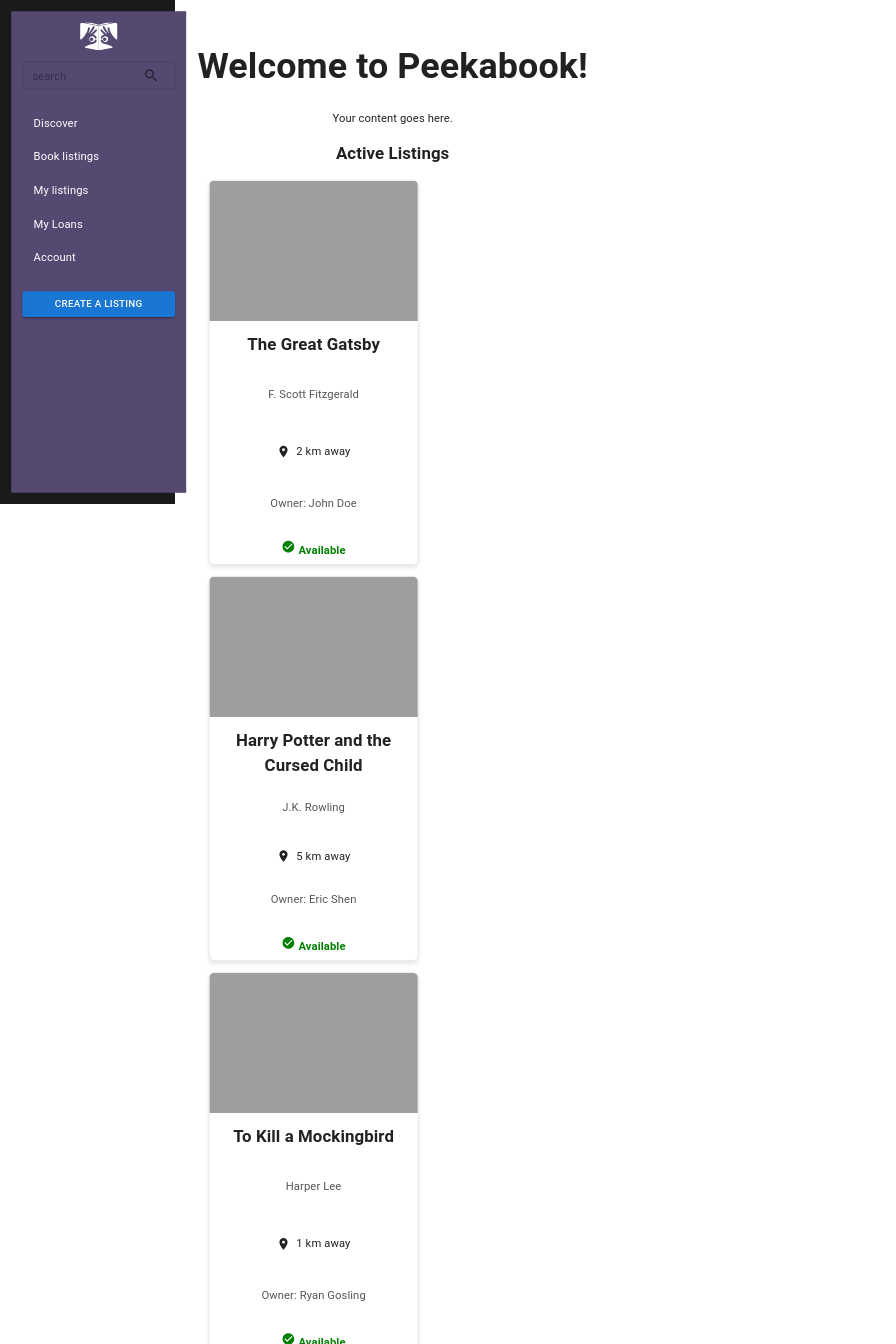
Repository: Aladdin3r/peekabook
Page: /
The author's editor kept a copy of each file at every save. The page is drawn from the files as they stood at one save, then again after the next save.
The browser window is 1280 px wide. The pictures show the part of the page from y = 0 to 1920 px (the page is 3071 px tall), at 70% of full size.
Pictures or frames that could not be fetched are drawn as grey boxes. The project was rebuilt for these pictures with package versions that can differ from the ones it lists, and the page was loaded fresh each time. Also part of the build but not shown: vite.config.js.

Above is the page before, as saved 2024-10-22 22:13:10.

### index.html
<!doctype html>
<html lang="en">
  <head>
    <meta charset="UTF-8" />
    <link rel="icon" type="image/svg+xml" href="/logo-pink.png" />
    <meta name="viewport" content="width=device-width, initial-scale=1.0" />
    <title>Peekabook</title>
  </head>
  <body>
    <div id="root"></div>
    <script type="module" src="/src/main.jsx"></script>
  </body>
</html>

### src/App.jsx
import React from 'react';
import { CssBaseline, ThemeProvider, createTheme } from '@mui/material';
import Navbar from './components/navbar';
import './index.css';
import './App.css'
import BookCard from './components/bookCard';
import booksData from './booksData';


const theme = createTheme({
  // You can customize your theme here
});

const App = () => {
  return (
    <ThemeProvider theme={theme}>
      <CssBaseline />
      <div id="root">
        <div className="sidebar">
          <Navbar />
        </div>
        <div className="main-content">
          {/* Other main content goes here */}
          <h1>Welcome to Peekabook!</h1>
          <p>Your content goes here.</p>

          <h2>Active Listings</h2>

          <div className="book-listings">
            {booksData.map((book) => (
              <BookCard
                key={book.id}
                bookImage={book.bookImage}
                title={book.title}
                author={book.author}
                location={book.location}
                available={book.available}
                owner={book.owner}
              />
            ))}
          </div>
        </div>
      </div>
    </ThemeProvider>
  );
};

export default App;

### src/index.css
:root {
  font-family: Inter, system-ui, Avenir, Helvetica, Arial, sans-serif;
  line-height: 1.5;
  font-weight: 400;

  color-scheme: light dark;
  color: rgba(255, 255, 255, 0.87);
  background-color: #242424;

  font-synthesis: none;
  text-rendering: optimizeLegibility;
  -webkit-font-smoothing: antialiased;
  -moz-osx-font-smoothing: grayscale;
}

a {
  font-weight: 500;
  color: #646cff;
  text-decoration: inherit;
}
a:hover {
  color: #535bf2;
}

body {
  margin: 0;
  display: flex;
  min-width: 320px;
  min-height: 100vh;
}

h1 {
  font-size: 3.2em;
  line-height: 1.1;
}

button {
  border-radius: 8px;
  border: 1px solid transparent;
  padding: 0.6em 1.2em;
  font-size: 1em;
  font-weight: 500;
  font-family: inherit;
  background-color: #1a1a1a;
  cursor: pointer;
  transition: border-color 0.25s;
}
button:hover {
  border-color: #646cff;
}
button:focus,
button:focus-visible {
  outline: 4px auto -webkit-focus-ring-color;
}

@media (prefers-color-scheme: light) {
  :root {
    color: #213547;
    background-color: #ffffff;
  }
  a:hover {
    color: #747bff;
  }
  button {
    background-color: #f9f9f9;
  }
}

### src/components/navbar.jsx
// Navbar.js
import React from 'react';
import { Drawer, List, ListItem, ListItemText, TextField, IconButton, Button, Link } from '@mui/material';
import { Search, Menu } from '@mui/icons-material';
import { styled } from '@mui/system';

const Logo = styled('img')({
  height: '40px', // Adjust as needed
  marginBottom: '16px',
});

const Sidebar = styled('div')({
  width: 250,
  padding: '16px',
  display: 'flex',
  flexDirection: 'column',
  backgroundColor: '#554971',
  height: '100vh', // Make it full height
  color: 'white',
});

const SearchContainer = styled('form')({
  display: 'flex',
  alignItems: 'center',
  marginBottom: '16px',
});

const Navbar = () => {
  const navItems = ['Discover', 'Book listings', 'My listings', 'My Loans', 'Account'];

  return (
    <Sidebar>
      <Logo src="logo-white.svg" alt="Logo" />
      <SearchContainer>
        <TextField
          variant="outlined"
          placeholder="search"
          size="small"
          InputProps={{
            endAdornment: (
              <IconButton type="submit">
                <Search />
              </IconButton>
            ),
          }}
        />
      </SearchContainer>
      <List>
        {navItems.map((text) => (
          <ListItem button key={text}>
            <Link href="#" underline="none" sx={{ width: '100%', color: 'inherit' }}>
              <ListItemText primary={text} />
            </Link>
          </ListItem>
        ))}
      </List>
      <Link href="#" underline="none">
        <Button variant="contained" color="primary" sx={{ marginTop: '16px', width: '100%' }}>
          Create a listing
        </Button>
      </Link>
    </Sidebar>
  );
};

export default Navbar;

### src/App.css
#root {
  display: flex; /* Use flexbox for layout */
  max-width: 1280px;
  margin: 0;
  padding: 0;
  height: 100vh; /* Make sure the root takes full height */
}

.sidebar {
  width: 250px; /* Set a fixed width for the sidebar */
  background-color: #1a1a1a; /* Background color for the sidebar */
  padding: 1rem; /* Padding inside the sidebar */
  display: flex;
  flex-direction: column; /* Stack items vertically */
  color: white; /* Text color */
}

.main-content {
  flex-grow: 1; /* Allow the main content to fill the remaining space */
  padding: 2rem;
  text-align: center; /* Center the text */
}

.logo {
  height: 6em;
  padding: 1.5em;
  will-change: filter;
  transition: filter 300ms;
}
.logo:hover {
  filter: drop-shadow(0 0 2em #646cffaa);
}
.logo.react:hover {
  filter: drop-shadow(0 0 2em #61dafbaa);
}

@keyframes logo-spin {
  from {
    transform: rotate(0deg);
  }
  to {
    transform: rotate(360deg);
  }
}

@media (prefers-reduced-motion: no-preference) {
  a:nth-of-type(2) .logo {
    animation: logo-spin infinite 20s linear;
  }
}

.card {
  padding: 2em;
}

.read-the-docs {
  color: #888;
}

/* book card stuff */
.book-listing{
  display:flex;
  flex-wrap: wrap;
  justify-content: center;
}

.book-card {
  width: 300px; /* Fixed width */
  height: 550px; /* Fixed height */
  border: 1px solid #ddd;
  border-radius: 8px;
  margin: 1rem;
  overflow: hidden;
  display: flex;
  flex-direction: column;
  box-shadow: 0px 4px 6px rgba(0, 0, 0, 0.1);
}

.book-image {
  width: 100%;
  height: 200px;
  object-fit: cover; /* Ensures the image covers the area without distortion */
}

.book-details {
  padding: 16px;
  flex-grow: 1;
  display: flex;
  flex-direction: column;
  justify-content: space-between; /* Spreads items vertically */
}

.book-title {
  font-size: 1.5em;
  margin: 0;
}

.book-author {
  color: #555;
  margin: 0.5em 0;
}

.location {
  display: flex;
  align-items: center;
  justify-content: center; /* Center the location */
  margin-top: 1em;
}

.location span {
  margin-left: 0.5em; /* Space between icon and text */
}

.book-owner {
  color: #555;
  margin-top: 1em;
}

.availability {
  padding: 8px 16px;
  text-align: center; /* Center the availability text */
}

.available {
  color: green;
  font-weight: bold;
}

.unavailable {
  color: red;
  font-weight: bold;
}

### src/components/bookCard.jsx
// components/BookCard.jsx
import React from 'react';
import LocationOnIcon from '@mui/icons-material/LocationOn';
import CheckCircleIcon from '@mui/icons-material/CheckCircle';
import CancelIcon from '@mui/icons-material/Cancel';

const BookCard = ({ bookImage, title, author, location, available, owner }) => {
  return (
    <div className="book-card">
      <img src={bookImage} alt={title} className="book-image" />
      <div className="book-details">
        <h2 className="book-title">{title}</h2>
        <p className="book-author">{author}</p>
        <div className="location">
          <LocationOnIcon fontSize="small" />
          <span>{location}</span>
        </div>
        <p className="book-owner">Owner: {owner}</p>
      </div>
      <div className="availability">
        {available ? (
          <span className="available">
            <CheckCircleIcon fontSize="small" /> Available
          </span>
        ) : (
          <span className="unavailable">
            <CancelIcon fontSize="small" /> Unavailable
          </span>
        )}
      </div>
    </div>
  );
};

export default BookCard;

### src/booksData.js
const booksData = [
    {
      id: 1,
      bookImage: 'https://upload.wikimedia.org/wikipedia/commons/7/7a/The_Great_Gatsby_Cover_1925_Retouched.jpg',
      title: 'The Great Gatsby',
      author: 'F. Scott Fitzgerald',
      location: '2 km away',
      available: true,
      owner: 'John Doe'
    },
    {
      id: 2,
      bookImage: 'https://upload.wikimedia.org/wikipedia/commons/5/52/Harry_Potter_and_the_Cursed_Child_-_London_Book_Fair_2016.jpg',
      title: 'Harry Potter and the Cursed Child',
      author: 'J.K. Rowling',
      location: '5 km away',
      available: true,
      owner: 'Eric Shen'
    },
    {
      id: 3,
      bookImage: 'https://upload.wikimedia.org/wikipedia/commons/4/4f/To_Kill_a_Mockingbird_%28first_edition_cover%29.jpg',
      title: 'To Kill a Mockingbird',
      author: 'Harper Lee',
      location: '1 km away',
      available: true,
      owner: 'Ryan Gosling'
    },
    {
      id: 4,
      bookImage: 'https://upload.wikimedia.org/wikipedia/commons/3/35/Diary_of_a_Wimpy_Kid_copies_on_a_book_shelve.jpg',
      title: 'Diary of a Wimpy Kid',
      author: 'Jeff Kinney',
      location: '3 km away',
      available: true,
      owner: 'Ryan Reynolds'
    },
    {
      id: 5,
      bookImage: 'https://upload.wikimedia.org/wikipedia/commons/9/9f/Twilight_Tales_Told_to_Tiny_Tots_-_book_cover.png',
      title: 'Twilight',
      author: 'Stephenie Meyer',
      location: '7 km away',
      available: false,
      owner: 'Jasmine Putri'
    },

    //idk how entering new data for the other books through the create listing pages is gna work.
  ];

  export default booksData;

Loaded but not shown: src/main.jsx (common file)

After the next save:
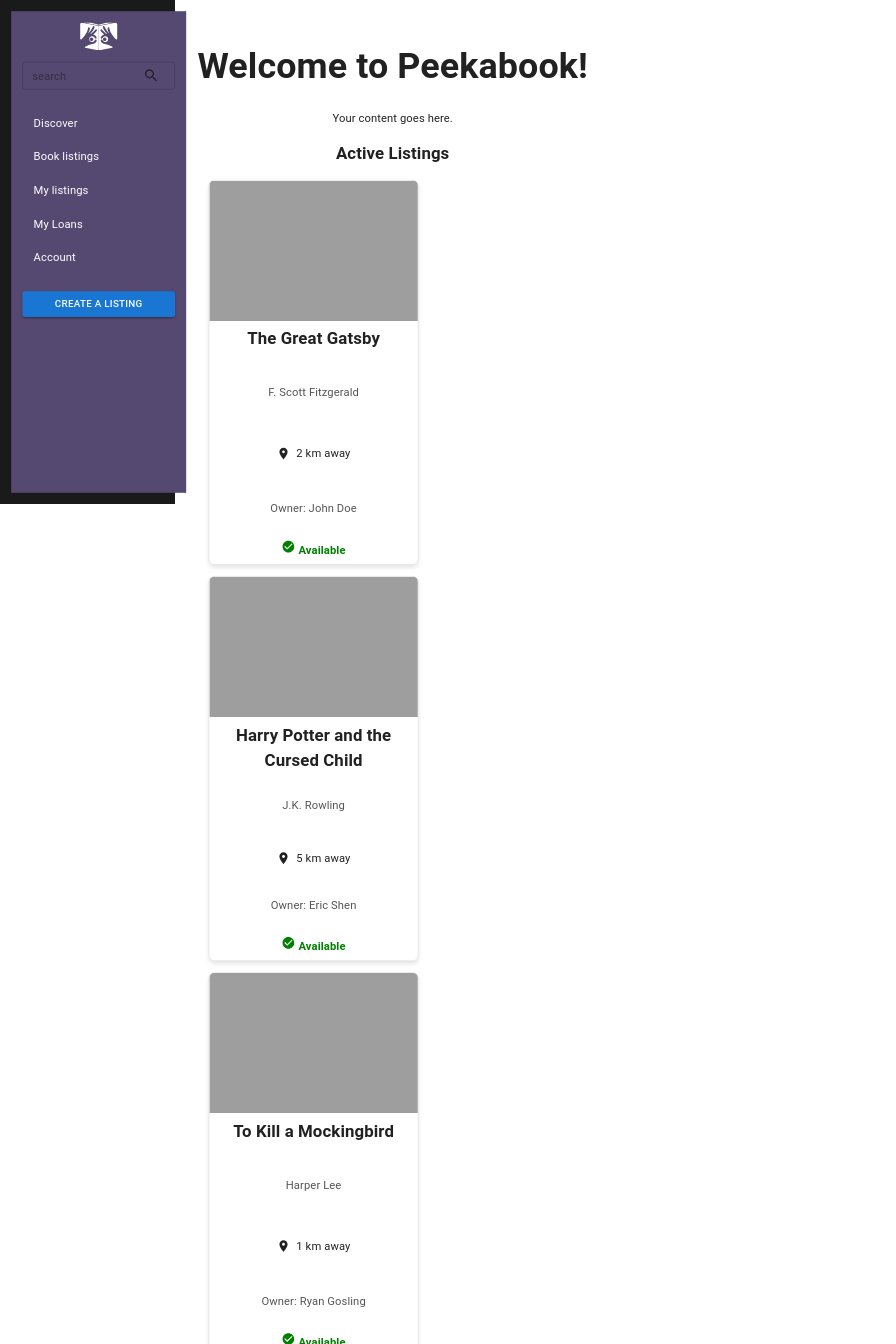
Saved 17 s later.
--- a/src/App.css
+++ b/src/App.css
@@ -83,7 +83,7 @@
 }
 
 .book-details {
-  padding: 16px;
+  padding: 8px;
   flex-grow: 1;
   display: flex;
   flex-direction: column;

After the 2 saves that followed:
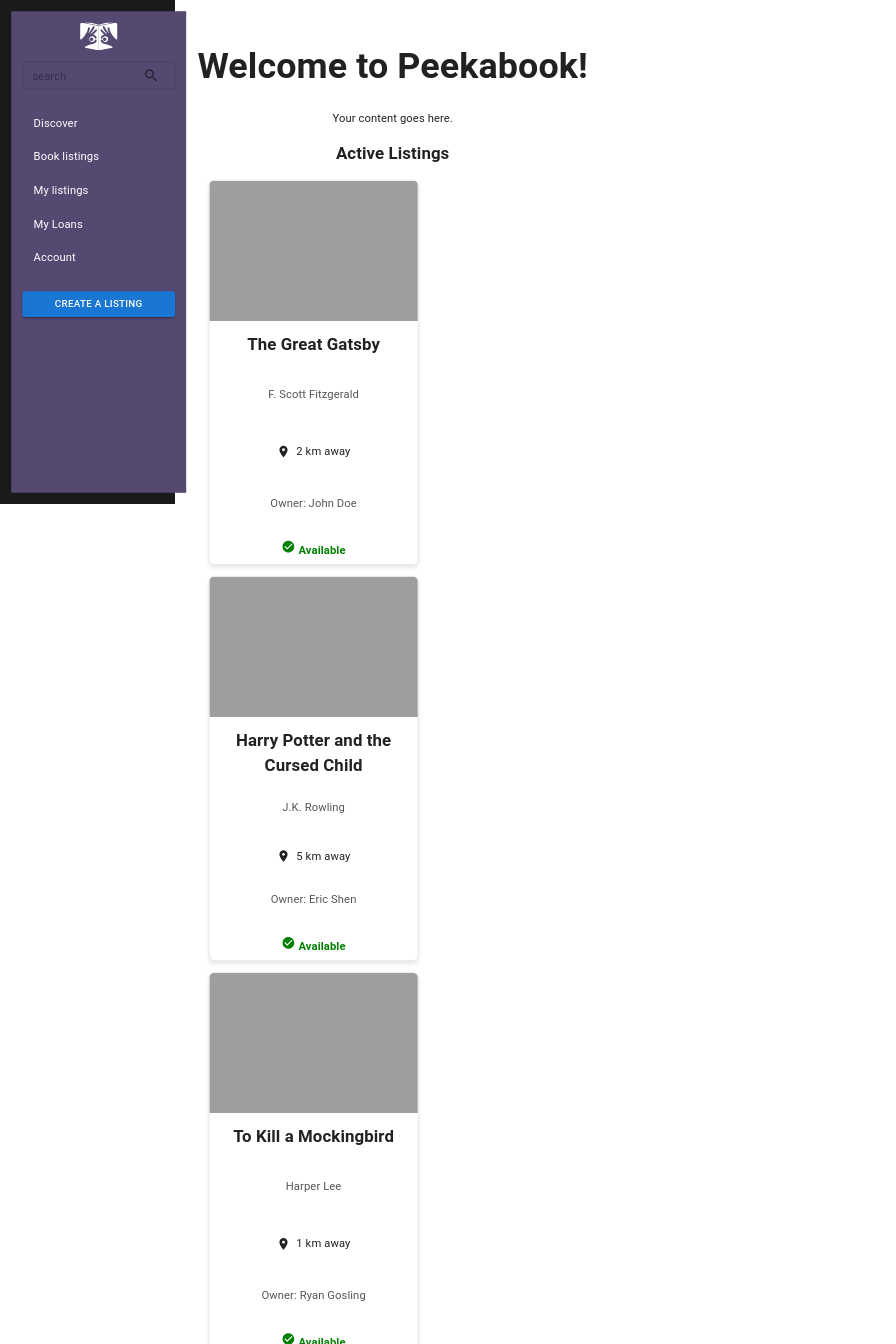
The 2 saves are shown as one change because they came seconds apart.
The last was saved 5 s later.
--- a/src/App.css
+++ b/src/App.css
@@ -83,7 +83,7 @@
 }
 
 .book-details {
-  padding: 8px;
+  padding: 16px;
   flex-grow: 1;
   display: flex;
   flex-direction: column;
